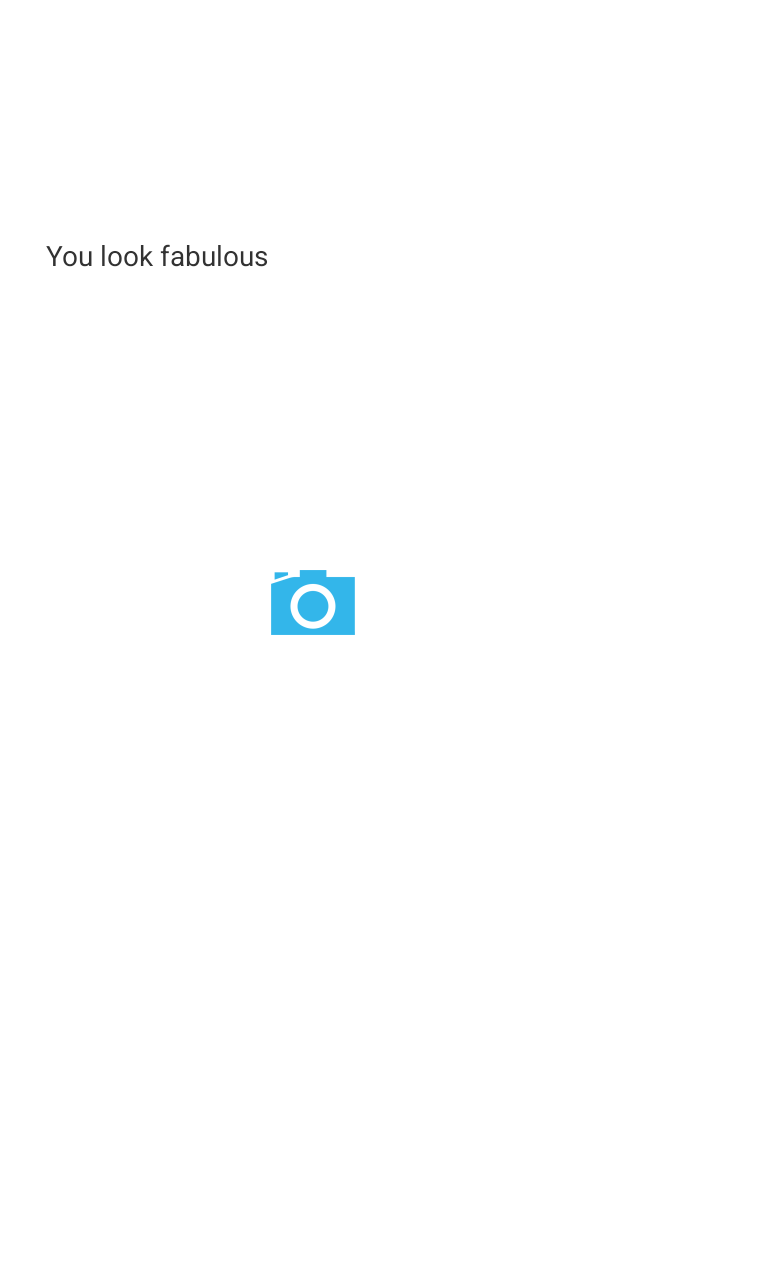
Repository: rtyanas/MyPics
Layout: workspace/MyPic/res/layout/activity_main.xml
The author's editor kept a copy of each file at every save. The layout is drawn from the files as they stood at one save, then again after the next save.
It is drawn on a 768 x 1280 px phone screen (xhdpi) without system bars, with theme AppTheme; the app's code is not run.

Above is the layout before, as saved 2013-12-16 16:26:26.

After the next save:
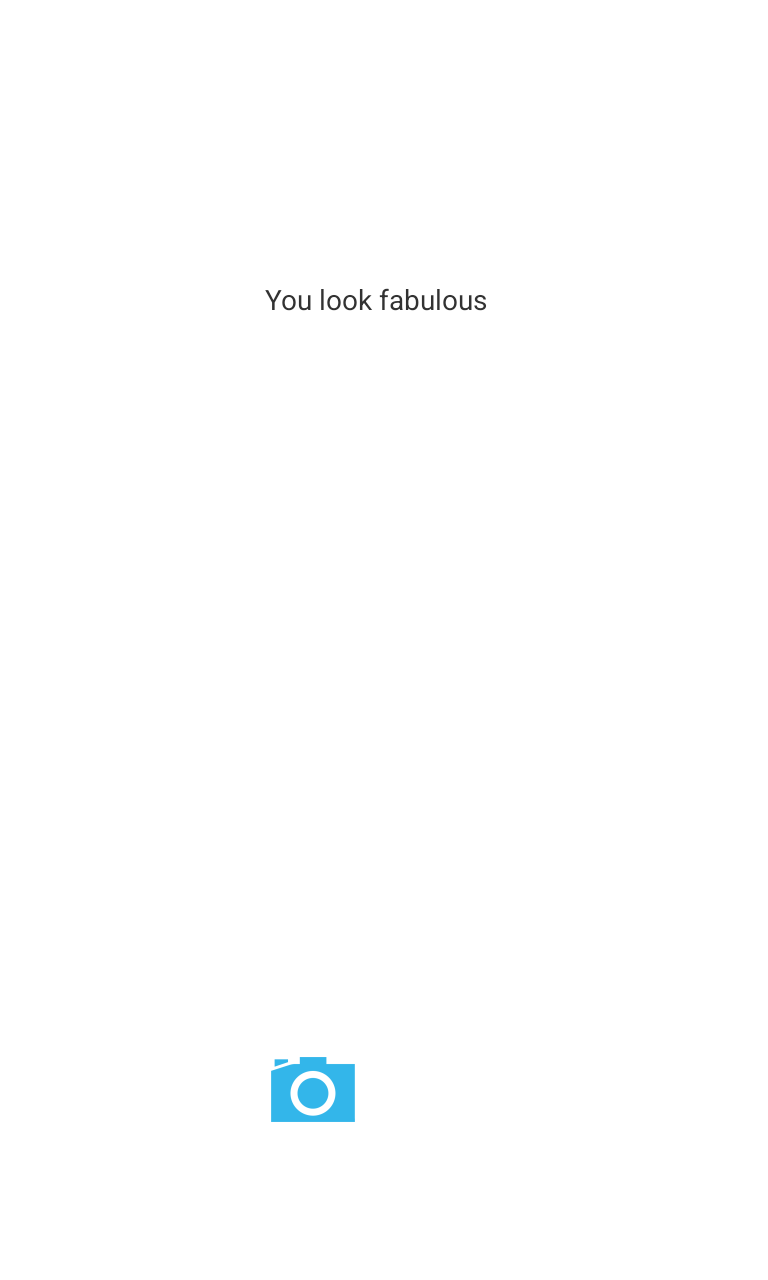
Saved 5 min 13 s later.
--- a/workspace/MyPic/res/layout/activity_main.xml
+++ b/workspace/MyPic/res/layout/activity_main.xml
@@ -9,24 +9,6 @@
     android:paddingRight="@dimen/activity_horizontal_margin"
     android:paddingTop="@dimen/activity_vertical_margin"
     tools:context=".MainActivity" >
-
-    <LinearLayout
-        android:id="@+id/linearLayout1"
-        android:layout_width="wrap_content"
-        android:layout_height="wrap_content"
-        android:layout_alignRight="@+id/linearLayout2"
-        android:layout_centerVertical="true"
-        android:layout_marginRight="94dp"
-        android:orientation="vertical" >
-
-        <TextView
-            android:id="@+id/message_data"
-            android:layout_width="wrap_content"
-            android:layout_height="wrap_content"
-            android:layout_marginRight="23dp"
-            android:layout_marginTop="102dp"
-            android:text="@string/fabulous" />
-    </LinearLayout>
 
     <LinearLayout
         android:id="@+id/linearLayout2"
@@ -46,4 +28,22 @@
             android:src="@drawable/ic_launcher" />
     </LinearLayout>
 
+    <LinearLayout
+        android:id="@+id/linearLayout1"
+        android:layout_width="wrap_content"
+        android:layout_height="wrap_content"
+        android:layout_alignLeft="@+id/linearLayout2"
+        android:layout_alignParentTop="true"
+        android:layout_marginTop="22dp"
+        android:orientation="vertical" >
+
+        <TextView
+            android:id="@+id/message_data"
+            android:layout_width="wrap_content"
+            android:layout_height="wrap_content"
+            android:layout_marginRight="23dp"
+            android:layout_marginTop="102dp"
+            android:text="@string/fabulous" />
+    </LinearLayout>
+
 </RelativeLayout>
